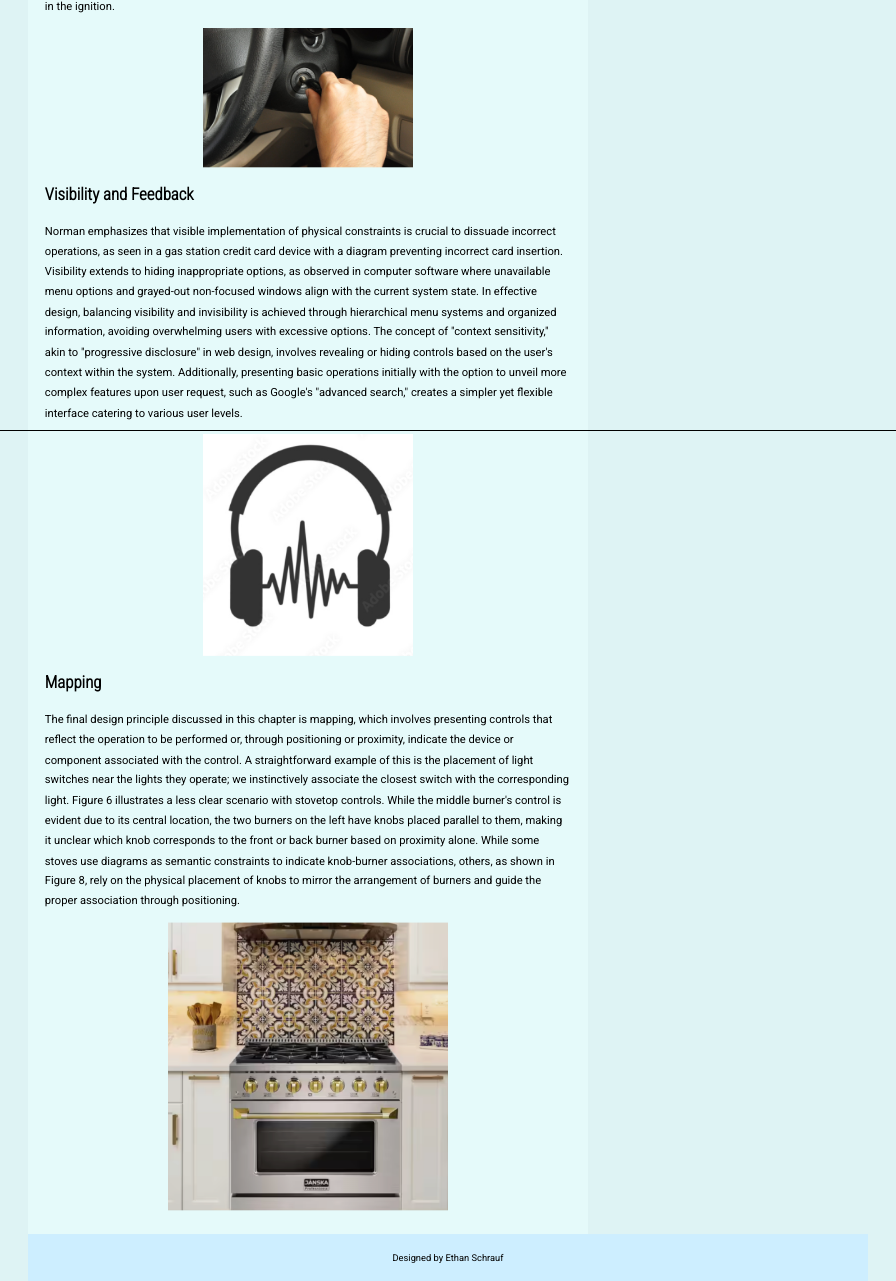
Repository: ethan-schrauf/UniversalDesignWebsite
Page: Final-Project/how.html
An editor plug-in stored every save of this project. The page is shown before and after the next save, followed by the edit.
The browser window is 1280 px wide. The pictures show the part of the page from y = 2290 to 4210 px (the page is 4120 px tall before and 4210 px after), at 70% of full size.

Above is the page before, as saved 2023-11-27 16:59:19.

### Final-Project/how.html

<!DOCTYPE html>

<html lang="en">
<head>
  <meta charset="UTF-8">
  <meta name="viewport" content="width=device-width, initial-scale=1.0">
  <meta http-equiv="X-UA-Compatible" content="ie=edge">
  <title>Why Accessibility Matters</title>
  <link href="how.css" rel="stylesheet">
</head>
<body>
    <a href="#main-content" class="skip-link">Skip to main content</a>
<div class="container">
  <header>
    <h1>The Importance of Accessible Web Design</h1>
  </header>
  <nav>
    <h2 class="sr-only">Main Navigation</h2>
    <ul>
      <li><a href="why.html">Why It Matters</a></li>
      <li><a href="what.html">What It Looks Like</a></li>
      <li><a href="how.html">How To Do It</a></li>
    </ul>
  </nav>
  <main id="main-content" class="mainy">
    <section>
      <h2 id="How-To-Do-It">How To Do It</h2>
      <p>Several experts emphasize that Universal Design should be approached as a design philosophy rather than a rigid checklist or a set of predefined solutions, measurements, or products. On this page, we aim to establish a step-by-step method for achieving Universal Design on the web. To initiate this process, we will explore fundamental design principles outlined by cognitive scientists and design authorities. One key influence in this domain is Donald Norman, whose significant impact on design practices is evident in his widely acclaimed work, "The Design of Everyday Things" (1988). This page will delve into Norman's design concepts, providing a shared and adaptable language for discussing design principles in both physical and virtual contexts.</p>
      <img src="images/norman.jpg.webp" alt="Norman's Seven Concepts of Design: Constraints, discoverability, feedback, conceptual model, affordances, signifiers, mappings, constraints."  style="width: 600px; height: auto;">
      <h2>Percieved Affordance</h2>
      <p>Although Norman did not coin the term or originate the idea of "affordance," he is acknowledged for introducing the concept of "perceived affordance," which pertains to how users interpret and perceive the function of a device. This distinction is subtle but crucial in effective design, where the affordance should not only align with the intended function but also be clearly visible to the user.</p>
      <p>In well-designed instances, especially for simple objects like a pencil, hammer, or scissors, we are often unaware of the cues a device provides, indicating sound design. If we find ourselves having to consciously think about how to operate a device, it typically means that its "perceived affordance" is not readily apparent to the user, or the device's affordance does not align with its function. This concept of affordance extends to electronic devices and computer interfaces, and throughout this chapter, we will explore how both physical objects and web pages can either accurately convey cues for operation or mislead the user.</p>
      <p>In later editions of "The Design of Everyday Things" (DOET), Norman discusses how readers have shared numerous examples of "Norman Doors" or "Norman devices." These refer to doors or devices whose affordances convey incorrect cues for operation. For instance, a door handle suggesting pulling when pushing is required, or a handle designed for pulling with a shape that signals pushing due to its wide, flat design. The images below illustrate examples of door handles with different affordances. Can you identify any instances of "Norman doors" where handles provide misleading information to the user?</p>
      <img src="images/door-handle-with-cartoon-guide.png" alt="The door handle shown at left (fig. 1) affords pulling. The drawing above the handle provides a secondary cue to pull."  style="width: 200px; height: auto;">

      <h2>Constraints</h2>
      <p>Constraints serve to restrict user actions, aiming to prevent errors and the misuse of a device. Unlike affordances, which guide users toward specific operations, constraints limit a system's choices to avoid errors, protect the device from damage, and prevent harm to the user or others. By establishing boundaries, constraints direct users toward the correct operation or usage of a system. Using examples from the automotive context, constraints include features such as the inability to remove a key from a car ignition until the engine is turned off, the incapability of shifting the transmission into reverse while the car is in forward motion, and the audible chime that sounds when attempting to exit the car with the key still in the ignition.</p>
      <img src="images/car-in-ignition.jpeg" alt="Car keys stuck in the ignition" style="width: 300px; height: auto;">

      <h2>Visibility and Feedback</h2>
      <p>Norman emphasizes that visible implementation of physical constraints is crucial to dissuade incorrect operations, as seen in a gas station credit card device with a diagram preventing incorrect card insertion. Visibility extends to hiding inappropriate options, as observed in computer software where unavailable menu options and grayed-out non-focused windows align with the current system state. In effective design, balancing visibility and invisibility is achieved through hierarchical menu systems and organized information, avoiding overwhelming users with excessive options. The concept of "context sensitivity," akin to "progressive disclosure" in web design, involves revealing or hiding controls based on the user's context within the system. Additionally, presenting basic operations initially with the option to unveil more complex features upon user request, such as Google's "advanced search," creates a simpler yet flexible interface catering to various user levels.</p>
      <img src="images/soundwaves.png" alt="Headphones with soundwaves in the middle"  style="width: 300px; height: auto;">

      <h2>Mapping</h2>
      <p>The final design principle discussed in this chapter is mapping, which involves presenting controls that reflect the operation to be performed or, through positioning or proximity, indicate the device or component associated with the control. A straightforward example of this is the placement of light switches near the lights they operate; we instinctively associate the closest switch with the corresponding light. Figure 6 illustrates a less clear scenario with stovetop controls. While the middle burner's control is evident due to its central location, the two burners on the left have knobs placed parallel to them, making it unclear which knob corresponds to the front or back burner based on proximity alone. While some stoves use diagrams as semantic constraints to indicate knob-burner associations, others, as shown in Figure 8, rely on the physical placement of knobs to mirror the arrangement of burners and guide the proper association through positioning.</p>
      <img src="images/stove.png" alt="Image of a stove in a kitchen" style="width: 400px; height: auto;">
    </section>
  </main>

  <aside id="intro">
    <h2>What Are Web Standards?</h2>
    <img src="images/web-standards.png" alt="Picture of a folder and window pointing to a globe." style="width: 300px; height: auto;">
    <p>What do we mean by Web Standards? Jeff Zeldman, the author of "Designing with Web Standards" (2009) and co-founder of the Web Standards Project (WaSP), defines Web Standards as the use of structural languages like HTML, XHTML, and XML, presentation languages like CSS, object models like the W3C DOM, and scripting languages like JavaScript. In simpler terms, Web Standards entail creating web pages with syntax and code elements recognized by various browsers and platforms that adhere to standards, including IE 9+, Apple's Safari 3.0+, Firefox 3+, Chrome, and Opera 9+. This involves using one of the Doctypes listed at the top of the HTML or HTM file and validating the code to ensure compliance.</p>
    <p>Web Standards also include the separation of content from presentation, utilizing (X)HTML for structure and content, and CSS for styling, while avoiding tables for layout and employing semantically correct code. Non-standards-compliant sites, such as those using proprietary coding like Amazon, highlight the importance of adhering to standards.</p>
    <p>Before the adoption of Web Standards, many websites used browser-specific proprietary coding techniques, resulting in code-forking and increased development costs. While browser-specific issues are largely resolved, non-standards coding persists, with CMS systems and site-building services sometimes producing non-compliant code. An example is WIX, which transitioned from Flash to HTML5/JavaScript but often lacks essential structure and semantics.</p>
    <p>What do Web Standards accomplish? Designing with Web Standards ensures that pages display as intended across various browsers, platforms, and devices, reducing the likelihood of crashes or limited rendering. Other benefits include lighter web pages, faster loading times, reduced bandwidth usage, and simplified development. Using external style sheets allows for diverse styles, responsive design, and easier site-wide changes. Additionally, Web Standards enhance search engine optimization, improve accessibility, and encourage the inclusion of alt text for images. External CSS facilitates centralized control over the presentation of multiple pages, making site-wide changes more efficient.</p>
  </aside>
  <footer>
    <small> Designed by Ethan Schrauf</small>
  </footer>

</div> <!-- end container -->
</body>
</html>

### Final-Project/how.css
@import url('https://fonts.googleapis.com/css2?family=Roboto&display=swap');
@import url('https://fonts.googleapis.com/css2?family=Roboto&family=Roboto+Condensed:wght@300&display=swap');

body {
    background: rgb(222, 243, 244);
}

/* css reset */
::before,
::after {
    box-sizing: border-box;
    padding: 0;
    margin: 0;
}

h1,
h2,
h3 {
    padding: .2em 0;
}

section {
  margin-bottom: 10px;
}



p {
    margin: 1.0em 0;
    line-height: 1.8em;
}

header,
nav,
main,
aside,
footer {
    padding: 1.5em;
}

header,
footer {
    text-align: center;
}

.container {
    max-width: 1200px;
    margin: 0 auto;
    /* background: rgb(243, 251, 209); */
    display: grid;
    width: 100vw;
    height: 100vh;
    grid-template-columns:
     2fr       1fr;
    grid-template-areas:
    "heady     heady"
    "navvy     navvy"
    "mainy     intro"
    "mainy     intro"
    "footy     footy";

  }

  header {grid-area: heady; background:rgb(237, 245, 244);}
nav {grid-area: navvy; background:rgb(184, 224, 248);}
main {grid-area: mainy; background: rgb(229, 250, 250); max-height: 100%;}
#Park-Rules {grid-area: Park-Rules; background: rgb(214, 236, 245);}
#Colorado-Wildlife {grid-area: Colorado-Wildlife; background: rgb(215, 241, 247);}
footer {grid-area: footy; background: rgb(205, 238, 255);}

nav ul {
    display: flex;
    flex-flow: row nowrap;
    justify-content: space-around;
    }

    nav ul li {
      list-style: none
    }

    @media screen
      and (min-width: 701px)
      and (max-width: 701px)  {
    .container {
    grid-template-columns:
       1fr 1fr;
    grid-template-areas:
      "heady heady"
      "navvy navvy"
      "intro intro"
      "mainy mainy"
      "footy footy";
    }
    }

    @media screen
      and (max-width: 700px)  {
    .container {
    grid-template-columns:
       1fr;
    grid-template-areas:
      "heady"
      "navvy"
      "intro"
      "mainy"
      "footy";
    }
    nav ul {
      flex-flow: column nowrap;
      text-align: center;
    }
    nav ul li a {
      display: block;
      padding: 10px 5px;
      margin: 5px;
      background: white;

    }
    }
    h1 {
      font-family: 'Roboto Condensed', sans-serif;
      text-shadow: 0.5px 0.5px 0.5px black;
    }

    p {
        font-family: 'Roboto', sans-serif;
    }

    h2 {
      font-family: 'Roboto Condensed', sans-serif;
    }
    h1 {
        font-family: 'Roboto Condensed', sans-serif;
        text-shadow: 0.5px 0.5px 0.5px black;
    }

    #park-image {
        width: 300px; /* Set the desired width in pixels */
        height: auto; /* Maintain the aspect ratio */
      }

      .sr-only {
        border: 0;
        clip: rect(0, 0, 0, 0);
        height: 1px;
        margin: -1px;
        overflow: hidden;
        padding: 0;
        position: absolute;
        white-space: nowrap;
        width: 1px;
      }

       a {
      text-decoration: none;
      font-family: 'Roboto', sans-serif;
    }
    img {
        display: block;
        margin: auto;
    }

    .skip-link {
        background: lavender;
        color: black;
        font-weight: 700;
        padding: 4px;
        position: absolute;
        transform: translate(-200%);
        text-decoration: none; /* Remove underline */
        z-index: 9999; /* Ensure it's on top */
      }

      .skip-link:focus {
        transform: translate(0%);
      }

      .skip-link {
        transition: transform 0.5s;
      }

      footer {
        font-family: "Roboto", sans-serif;
      }

      /* skip navigation, line height, good font */

After the next save:
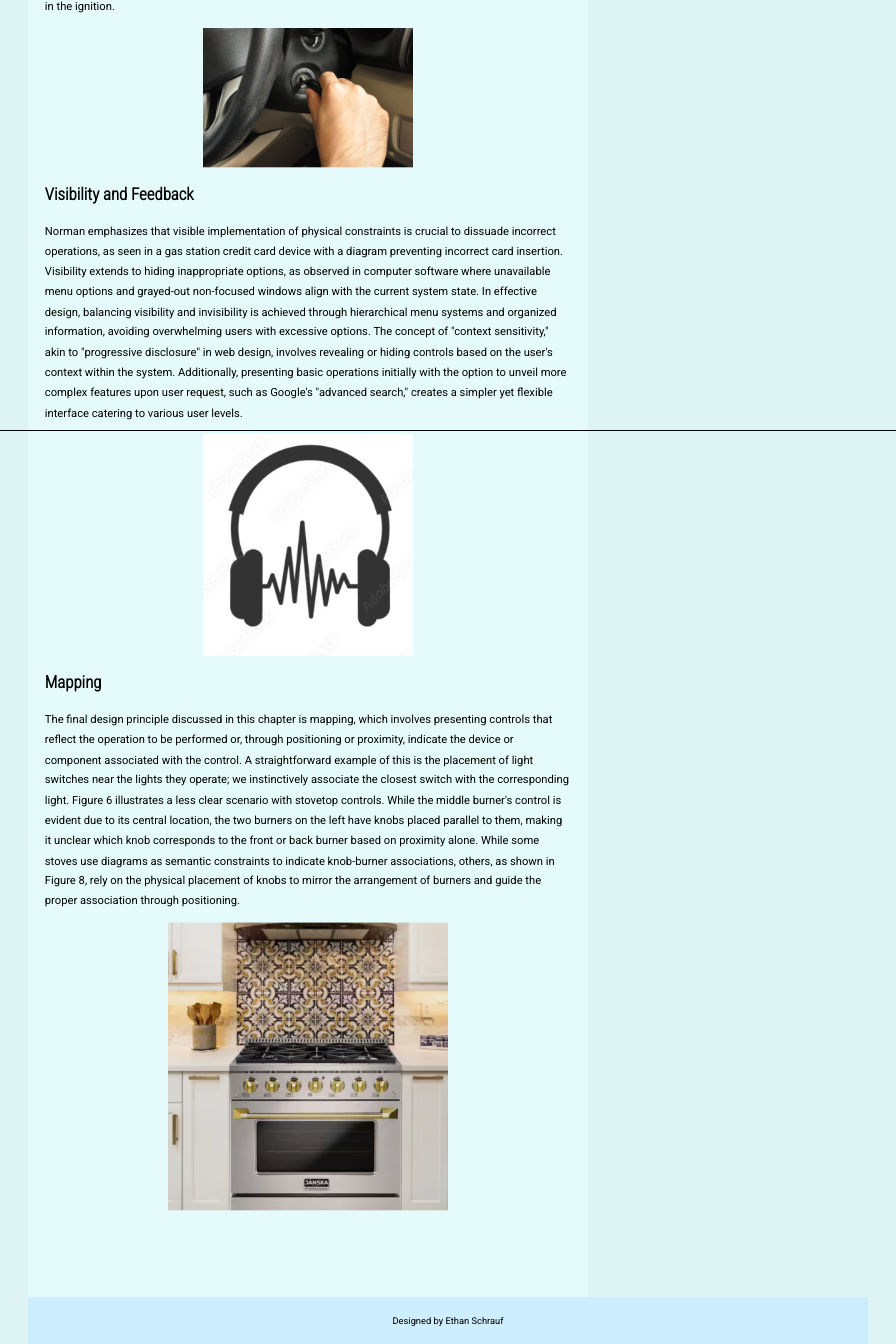
Saved 4 s later.
--- a/Final-Project/how.css
+++ b/Final-Project/how.css
@@ -20,7 +20,7 @@ h3 {
 }
 
 section {
-  margin-bottom: 10px;
+  margin-bottom: 100px;
 }
 
 

After the save that followed:
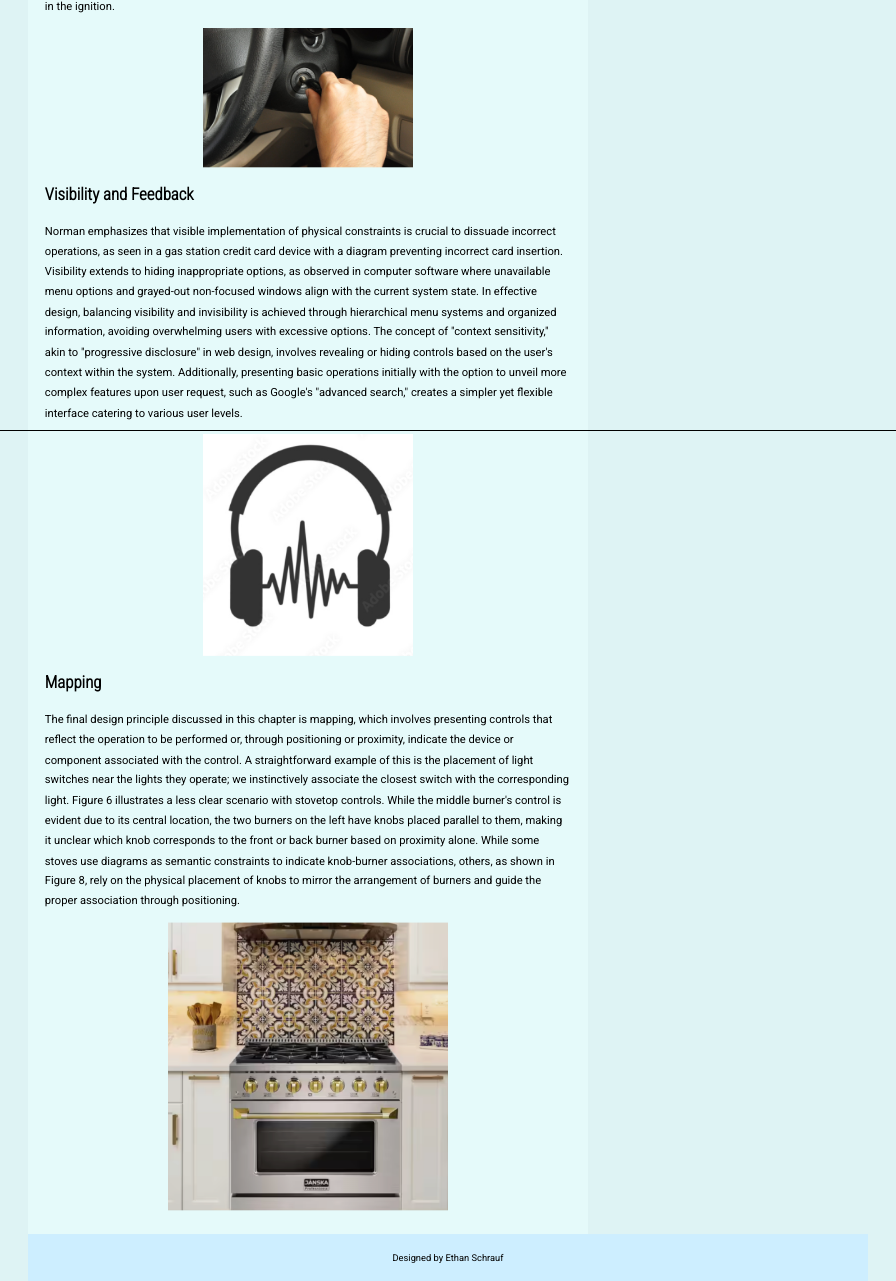
Saved 27 s later.
--- a/Final-Project/how.css
+++ b/Final-Project/how.css
@@ -20,7 +20,7 @@ h3 {
 }
 
 section {
-  margin-bottom: 100px;
+  margin-bottom: 10px;
 }
 
 
